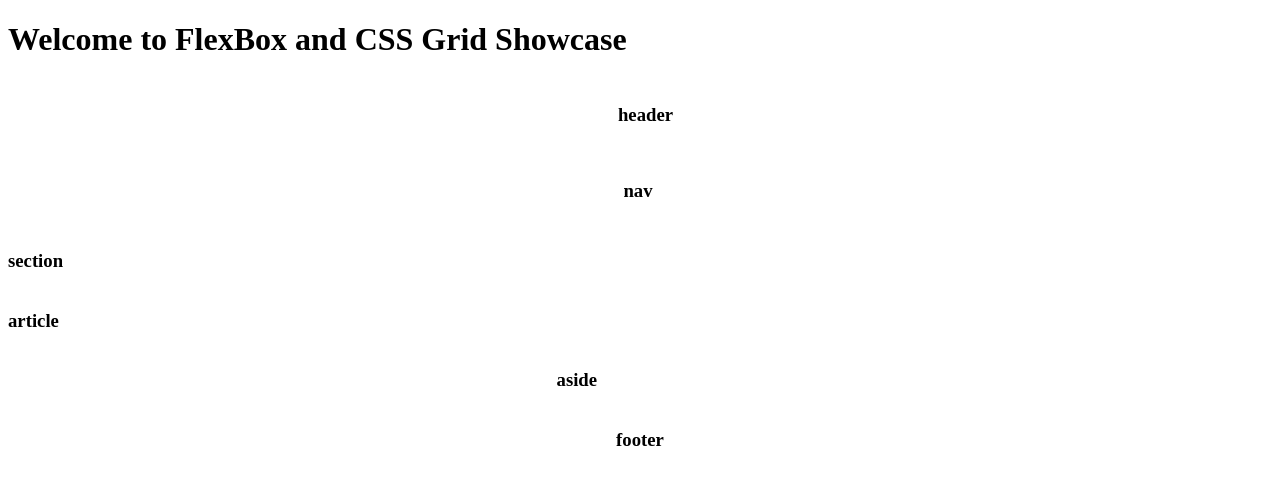
Repository: Awhit-commits/CSS_GRID_AND_FLEXBOX_LESSON
Page: index.html
An editor plug-in stored every save of this project. The page is shown before and after the next save, followed by the edit.
The browser window is 1280 px wide. The pictures show the whole page.

Above is the page before, as saved 2020-12-21 18:01:39.

### index.html
<!DOCTYPE html>
<html lang="en">

<head>
    <meta charset="UTF-8">
    <meta name="viewport" content="width=device-width, initial-scale=1.0">
    <title>Document</title>
    <link rel="stylesheet" href="style.css">
</head>

<body>
    <h1>Welcome to FlexBox and CSS Grid Showcase</h1>
    <div class="containerFlex">
        <div class="headerArea">
            <div class="header">
                <h3>header</h3>

            </div>
            <div class="nav">
                <h3>nav</h3>
            </div>
        </div>
        <div class="main">
            <div class="section">
                <h3>section</h3>
            </div>
            <div class="article">
                <h3>article</h3>
            </div>

            <div class="aside">
                <h3>aside</h3>
            </div>
        </div>
        <div class="footer">
            <h3>footer</h3>
        </div>
    </div>
    <script src="script.js"></script>
</body>

</html>

### style.css
.containerFlex {
    display: flex;
    flex-direction: column;
    flex-wrap: nowrap;
    justify-content: space-between;
    /* text-align: center; */
}

.main{
    /* align-self: start;
    margin-left: 5%; */
    display: flex;
    flex-direction:column;
    flex-grow: 1;

}
.headerArea{
    /* display: flex; */
    align-self: center;
    flex-direction: column;
    /* justify-content:center */

}
.header{
    flex: 1 1 auto;
    padding: 10%;
}

.nav{
    flex: 1 auto;
    margin:10%;
    padding:10%;
}
.aside{
    /* display: flex; */
    align-self:center;
    /* align-items:center; */
    /* text-align: center; */
    justify-content:flex-end;
    margin-right: 10%;


}

.footer{
    display: flex;
    align-items: center;
    flex-direction: column;
}

### script.js
console.log(`Hello World`);

After the next save:
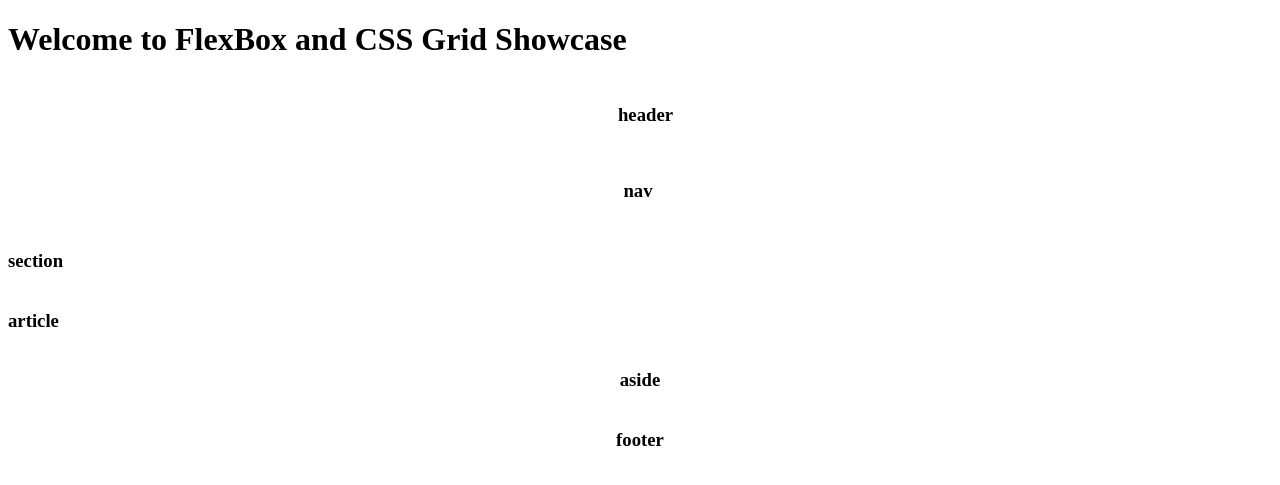
Saved 9 s later.
--- a/style.css
+++ b/style.css
@@ -37,7 +37,7 @@
     /* align-items:center; */
     /* text-align: center; */
     justify-content:flex-end;
-    margin-right: 10%;
+    /* margin-right: 10%; */
 
 
 }
